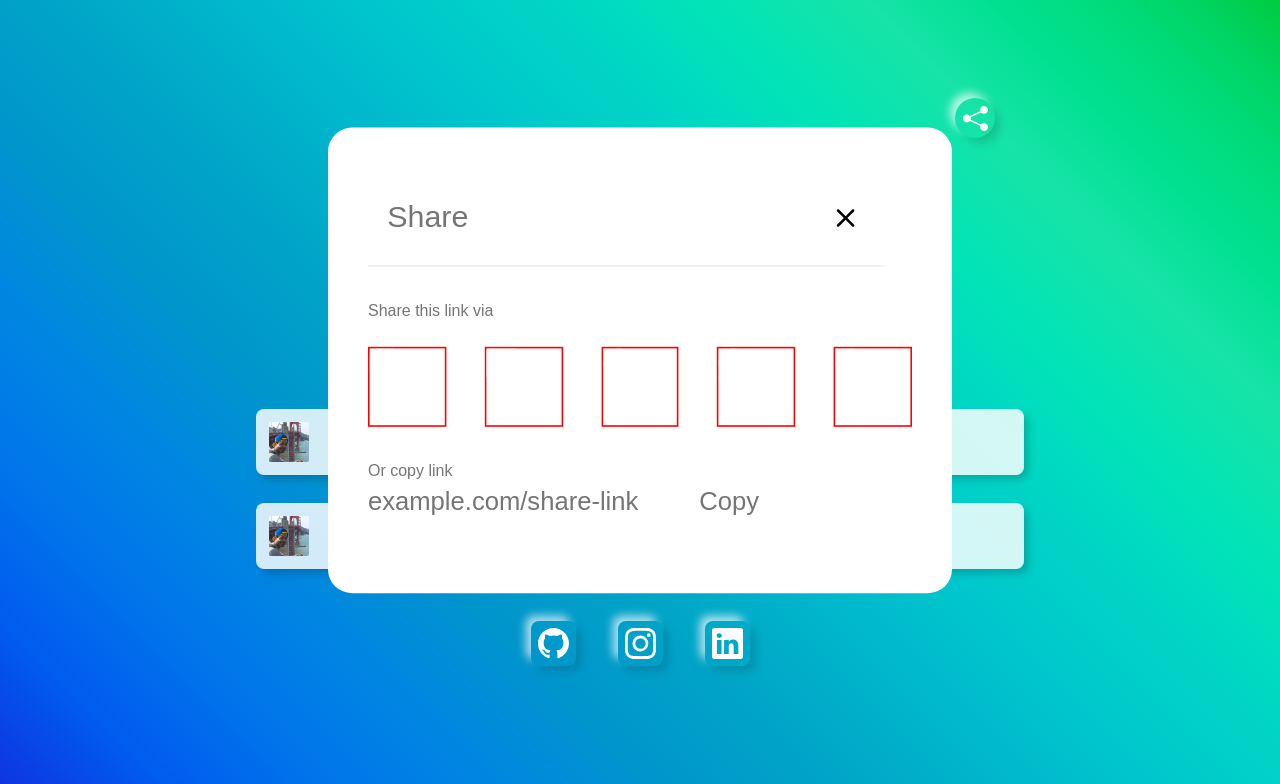
Repository: MateLaDBrouille97/linktree
Page: /
These files come from the project's save history. The page is drawn as it stood at one moment and after the next save; the edit follows.
The browser window is 1280 px wide. The pictures show the whole page.
The project was rebuilt for these pictures with package versions that can differ from the ones it lists, and the page was loaded fresh each time. The framework's server and built-in components were replaced by stand-ins that run in the browser. Also part of the build but not shown: next.config.js, styles/Home.module.css, styles/scrollup.css.

Above is the page before, as saved 2023-01-23 23:42:59.

### app/layout.tsx
"use client";

import '@/styles/globals.css'
import '../styles/Home.module.css';
import '../styles/scrollup.css';
import '../styles/home.css';
import '../styles/socials.css';
import '../styles/share.css';
import ScrollDow from '../components/ScrollDow';
import ScrollUp from '../components/scrollup/ScrollUp'

export default function RootLayout({
    children,
  }: {
    children: React.ReactNode;
  }) {
    return (
      <html lang="en">
        <body>{children}</body>
        {/* <ScrollDow/> */}
        {/* <ScrollUp/> */}
      </html>
    );
  }

### app/page.tsx
"use client";

import Image from "next/image";
import data from "data.json";
import image from "../public/ManuelTL2.jpg";
import image1 from "../public/ManuelTL2.jpg";
import { useEffect, useState } from "react";
import Socials from "../components/Socials";
import Share from "@/components/Share";

function LinkCard({
  href,
  title,
  image,
}: {
  href: string;
  title: string;
  image?: string;
}) {
  return (
    <a
      href={href}
      className="flex items-center p-3 w-full rounded-lg hover:scale-105 transition-all bg-gray-100 mb-3 -mt-2 max-w-3xl home__linkcard-box"
    >
      <div className="flex text-center w-full home__linkcard-card">
        <div className="w-10 h-10 home__linkcard-img">
          {image1 && (
            <Image
              className="rounded-sm"
              alt={data.name}
              src={image1}
              width={40}
              height={40}
            />
          )}
        </div>
        <h2 className="flex justify-center items-center font-semibold w-full text-gray-700 -ml-10 home__linkcard-title">
          {title}
        </h2>
      </div>
    </a>
  );
}

export default function Home() {
  /*==================== Toggle Menu ====================== */
  const [toggle, showMenu] = useState(false);
  const [activeNav, setActiveNav] = useState("#home");

  /* +++++++++++++++++++++++++++++++++++++++++++++++++ */
  // const { dbUser, image } = useUserContext();

  // const breakpoints = (width) => {
  //   if (width < 640) {
  //     return "xs";
  //   } else if (width >= 640 && width < 768) {
  //     return "sm";
  //   } else if (width >= 768 && width < 1024) {
  //     return "md";
  //   } else if (width >= 1024) {
  //     return "lg";
  //   }
  // };

  // const [breakpoint, setBreakpoint] = useState(() =>
  //   breakpoints(typeof window !== "undefined" && window.innerWidth)
  // );

  useEffect(() => {
    if (toggle) {
      // const calcInnerWidth = function () {
      //   setBreakpoint(breakpoints(window.innerWidth));
      // };
      // window.addEventListener("resize", calcInnerWidth);
      window.addEventListener("scroll", function () {
        const header = this.document.querySelector(".header");
        //scroll higher than 200 viewport height
        //add scroll header class to a tag with the scroll-top
        if (this.scrollY >= 80) header?.classList.add("scroll-header");
        else header?.classList.remove("scroll-header");
      });
    }
  }, []);

  useEffect(() => {
    showMenu(true);
  }, []);

  return (
    <div className="flex items-center flex-col mx-auto w-full justify-center mt-16 px-8 ">
      <Share/>
      <a
        href="#home"
        onClick={() => setActiveNav("#home")}
        // className={
        //   activeNav === "#home" ? "nav__logo active-link" : "nav__logo"
        // }
      >
        <Image
          className="rounded-full"
          alt={data.name}
          src={image}
          width={96}
          height={96}
        />
      </a>

      <h1 className="font-semibold mt-4 mb-8 text-xl" style={{color:"white"}}>{data.name}</h1>
      <h3 className="home__description" style={{color:"white"}}>{data.small_description}</h3>

      <div className="grid place-items-center w-full mt-2">
        {data.links.map((link) => (
          <LinkCard key={link.href} {...link} />
        ))}
      </div>

      <div className="gap-3 items-center flex mt-10">
        {data?.socials?.map((social) => {
         return(

          <Socials title={social?.title} key={social?.href} />
          )
        })}
      </div>
    </div>
  );
}

### styles/globals.css
@tailwind base;
@tailwind components;
@tailwind utilities;

body{
  height:100vh;
  background-image: linear-gradient(
  45deg,
  hsl(229deg 88% 47%) 0%,
  hsl(217deg 100% 47%) 8%,
  hsl(210deg 100% 46%) 16%,
  hsl(204deg 100% 44%) 24%,
  hsl(196deg 100% 40%) 32%,
  hsl(190deg 100% 39%) 41%,
  hsl(186deg 100% 40%) 49%,
  hsl(181deg 100% 40%) 57%,
  hsl(175deg 100% 42%) 65%,
  hsl(168deg 99% 45%) 72%,
  hsl(162deg 82% 49%) 80%,
  hsl(159deg 100% 44%) 86%,
  hsl(153deg 100% 43%) 92%,
  hsl(146deg 100% 41%) 97%,
  hsl(138deg 100% 40%) 100%
);
}

@import  url('https://api.iconify.design/material-symbols/arrow-upward.svg');

/*=============== GOOGLE FONTS ===============*/
@import url("https://fonts.googleapis.com/css2?family=Poppins:wght@400;500;600&display=swap");

/*=================== NEXT.JS ================*/

html,
body {
  padding: 0;
  margin: 0;
  font-family: -apple-system, BlinkMacSystemFont, Segoe UI, Roboto, Oxygen,
    Ubuntu, Cantarell, Fira Sans, Droid Sans, Helvetica Neue, sans-serif;
}

h1 {
  font-size: 1.75rem;
}




/*=============== VARIABLES CSS ===============*/
:root {
  --header-height: 3rem;

  /*========== Colors ==========*/
  /*Color mode HSL(hue, saturation, lightness)*/
  --hue: 0;
  --sat: 0%;
  --title-color: hsl(var(--hue), var(--sat), 20%);
  --title-color-dark: hsl(var(--hue), var(--sat), 0%);
  --text-color: hsl(var(--hue), var(--sat), 46%);
  --body-color: hsl(var(--hue), var(--sat), 98%);
  --container-color: #fff;

  /*========== Font and typography ==========*/
  --body-font: "Poppins", sans-serif;

  /*.5rem = 8px | 1rem = 16px ...*/
  --big-font-size: 3.5rem;
  --h1-font-size: 2.75rem;
  --h2-font-size: 1.5rem;
  --h3-font-size: 1.25rem;
  --normal-font-size: 1rem;
  --small-font-size: 0.875rem;
  --smaller-font-size: 0.813rem;
  --tiny-font-size: 0.625rem;

  /*========== Font weight ==========*/
  --font-normal: 400;
  --font-medium: 500;
  --font-semi-bold: 600;

  /*========== Margenes Bottom ==========*/
  /*.5rem = 8px | 1rem = 16px ...*/
  --mb-0-25: 0.25rem;
  --mb-0-5: 0.5rem;
  --mb-0-75: 0.75rem;
  --mb-1: 1rem;
  --mb-1-5: 1.5rem;
  --mb-2: 2rem;
  --mb-2-5: 2.5rem;
  --mb-3: 3rem;

  /*========== z index ==========*/
  --z-tooltip: 10;
  --z-fixed: 100;
  --z-modal: 1000;
}

/* Responsive typography */
@media screen and (max-width: 992px) {
  :root {
    --big-font-size: 2.75rem;
    --h1-font-size: 1.5rem;
    --h2-font-size: 1.25rem;
    --h3-font-size: 1rem;
    --normal-font-size: 0.938rem;
    --small-font-size: 0.813rem;
    --smaller-font-size: 0.75rem;
  }
}

/*=============== BASE ===============*/
* {
  margin: 0;
  padding: 0;
  box-sizing: border-box;
}

html {
  scroll-behavior: smooth;
}

body,
button,
input,
textarea {
  font-family: var(--body-font);
  font-size: var(--normal-font-size);
}

body {
  background-color: var(--body-color);
  color: var(--text-color);
}

h1,
h2,
h3 {
  color: var(--title-color);
  font-weight: var(--font-semi-bold);
}

ul {
  list-style: none;
}

a {
  text-decoration: none;
}

button {
  cursor: pointer;
  border: none;
  outline: none;
}

img {
  max-width: 100%;
  height: auto;
}

/*=============== REUSABLE CSS CLASSES ===============*/
.section {
  padding: 6rem 0 2rem;
}

.section__title {
  font-size: var(--h1-font-size);
  color: var(--title-color);
}

.section__subtitle {
  display: block;
  font-size: var(--normal-font-size);
  margin-bottom: 4rem;
}

.section__title,
.section__subtitle {
  text-align: center;
}

/*=============== LAYOUT ===============*/
.container {
  max-width: 968px;
  margin-left: auto;
  margin-right: auto;
}

.grid {
  display: grid;
  gap: 1.5rem;
}

/*=============== BUTTONS ===============*/
.button {
  display: inline-block;
  background-color:rgb(100, 189, 140);
  color: var(--container-color);
  padding: 1.25rem 2rem;
  border-radius: 1rem;
  font-weight: var(--font-medium);
}

.button:hover {
  background-color: rgb(81, 209, 138);
  color: var(--container-color);
}

.button__icon {
  margin-left: var(--mb-0-5);
}

.button--flex {
  display: inline-flex;
  align-items: center;

}




/*=============== BREAKPOINTS ===============*/
/* For large devices */
@media screen and (max-width: 992px) {
  .container {
    margin-left: var(--mb-1-5);
    margin-right: var(--mb-1-5);
  }

  .button {
    padding: 1rem 1.75rem;
  }

  .button__icon {
    width: 22px;
    height: 22px;
  }
}

/* For medium devices */
@media screen and (max-width: 768px) {
  body {
    margin: 0 0 var(--header-height) 0;
  }

  .section {
    padding: 2rem 0 4rem;
  }

  .section__subtitle {
    margin-bottom: var(--mb-3);
  }
}

@media screen and (max-width: 576px) {

}

/* For small devices */
@media screen and (max-width: 350px) {
  :root {
    --big-font-size: 2.25rem;
  }

  .container {
    margin-left: var(--mb-1);
    margin-right: var(--mb-1);
  }
}

### styles/home.css
.home__container{
    row-gap: 7rem;
}

.home__content{
    grid-template-columns: 116px repeat(2, 1fr);
    padding-top: 5.5rem;
    column-gap: 2rem;
    align-items: center;
}

.home__social{
    display:grid;
    grid-template-columns: max-content;
    row-gap: 1rem;
}

.home__social-icon{
    font-size:1.25rem;
    color: var(--title-color);
}

.home__social-icon:hover{
    color:rgb(165, 30, 75);
}



.home__social-icon:hover{
    color: var(--title-color-dark);
}

.home__title{
    font-size:var(--h1-font-size);
    margin-bottom:var(--mb-0-25);
}

.home__hand{
    width: 38px;
    height: 38px;
    margin-left: 0.4rem;
}

.home__subtitle{
    position: relative;
    font-size:var(--h3-font-size);
    padding-left: 5.4rem;
    font-weight: var(--font-normal);
    margin-bottom: var(--mb-1);
}

.home__subtitle::before{
    content:'';
    position:absolute;
    width: 70px;
    height:1px;
    background-color:var(--text-color);
    left:0;
    top:1rem;
}

.home__description{
    max-width:400px;
    margin-bottom: var(--mb-3);
    line-height: 1.7;
}

.home__linkcard-box{
    background-color: rgba(255, 255, 255, 0.829);
    border-color: whitesmoke;
    border-width: 3px;
    transition: transform 0.5s;
    box-shadow: 5px 5px 9px -1px rgba(0,0,0,0.2);

    border: 1px solid rgba(0,0,0,0);
    transition: transform 0.5s;
}

.home__linkcard-box:hover{
    box-shadow: 10px 10px 0px -1px rgba(0,0,0,0.15),
                1px 1px 0.5px  rgba(0,0,0,0.15),
                0px -12px 10px -10px  rgba(0,0,0,0.05);
     border: 1px solid   rgba(0,0,0,0.1);
    /* transform:translateY(-2px)  ;    */
}

.home__linkcard-box::after{
    transition: transform 0.5s;
}

.home__linkcard-box:hover::after .home__linkcard-title {
    transition: transform 0.7s;
}

.home__linkcard-box:hover::after .home__linkcard-img {
    transition: transform 0.7s;
}

.home__linkcard-box:hover .home__linkcard-title{
    transform:scale(1.05);
    transition: transform 0.5s;
}

.home__linkcard-box:hover .home__linkcard-img{
    transform:scale(1.15);
    transition: transform 0.5s;
}




.home__img{
/* background: url(../../assets/Mur.jpg); */
background-repeat: no-repeat;
background-position: center;
background-size: cover;
box-shadow: inset 0 0 0 9px rgb(255 255 255/30%);
order: 1;
justify-self: center;
width:375px ;
height: 350px;
animation: profile__animate 8s ease-in-out infinite 1s;
}

@keyframes profile__animate {
    0%{
        border-radius: 60% 40% 30% 70%/60% 30% 70% 40%;
    }

    50%{
        border-radius: 30% 60% 70% 40%/50% 60% 30% 60%;
    }

    100%{
        border-radius: 60% 40% 30% 70%/60% 30% 70% 40%;
    }
}

.home__scroll{
    position:fixed;
    left: 2.5rem;
    bottom: 3rem;
    /* opacity:0.8; */
    padding:0.3rem 0.5rem;
    border-radius:0.4rem;
    z-index: var(--z-tooltip);
    transition: .4s;
}


.wheel {
    animation: scroll 2s ease infinite;
}

@keyframes scroll{
    0% {
        transform: translateY(0);
    }
    30% {
        transform: translateY(3.7rem);
    }

}


.home__scroll-name{
    color: rgba(255, 255, 255, 0.829);
    font-weight: var(--font-medium);
    margin-right: var(--mb-0-25);
    margin-left: 2px;
}

.home__scroll-arrow{
    font-size: 1.25rem;
    color: rgba(255, 255, 255, 0.829);
}


/*=============== BREAKPOINTS ===============*/
/* For large devices */
@media screen and (max-width: 992px) {
    .home__content{
        grid-template-columns: 100px repeat(2, 1fr);
        column-gap: 1.25rem;

    }

    .home__hand{
        width:26px;
        height:26px;
    }

    .home__subtitle{
        padding-left: 3.75rem;
        margin-bottom: var(--mb-1);

    }

    .home__subtitle::before {
        width:42px;
        top:0.8rem;
    }

    .home__description{
        max-width: initial;
        margin-bottom: var(--mb-2-5);
    }

    .home__img{
        width:250px;
        height:250px;
        box-shadow:inset 0 0 0 8px rgb(255 255 255/30%)
    }

    .home__scroll{
        margin-left: 7.5rem;
    }



  }

  /* For medium devices */
  @media screen and (max-width: 768px) {
    .home__content{
        grid-template-columns: 0.5fr 3fr;
        padding-top: 3.5rem;
    }

    .home__img{
        order:initial;/* ordre d'apparition de l'element*/
        justify-self: initial;
        box-shadow: inset 0 0 0 9px rgb(255 255 255/30%);
        width:200px;
        height: 200px;
    }

    .home__data{
        grid-column:1/3;
    }

    .home__scroll{
        display:none;
    }


  }



  /* For small devices */
  @media screen and (max-width: 350px) {


    .home__img{

        width:180px ;
        height: 180px;
    }

    .home__hand{
        width:22px;
        height:22px;
    }


  }

### styles/socials.css
/* .social__link{
    color: var(--container-color);
    font-size: 1.125rem;
    padding: 0.4rem;
    border-radius:1.5rem;
    display: inline-flex;
} */
/*
.social__link:hover{
    background-color:rgba(44, 203, 224, 0.986);
} */

.social__link{
    display:flex;
    /* background-color: var(--container-color); */
    color: var(--container-color);
    height: 45px;
    width: 45px;
    margin: 0 15px;
    border-radius: 8px;
    align-items: center;
    justify-content:center;
    text-decoration: none;
    box-shadow: 6px 6px 10px -1px rgba(0,0,0,0.15),
                -6px -6px 10px -1px rgba(255,255,255,0.7);
    border: 1px solid   rgba(0,0,0,0);
    transition: transform 0.5s;
}

a svg {
    font-size: 38px;
    color: white;
    transition: transform 0.5s;
}


.social__link:hover{
    background-color: rgba(255, 255, 255, 0.829);
    box-shadow: inset 4px 4px 6px -1px rgba(0,0,0,0.2),
                inset -4px -4px 6px -1px rgba(255,255,255,0.7),
                -0.5px -0.5px 0px  rgba(255,255,255,1),
                0.5px 0.5px 0px  rgba(0,0,0,0.15),
                0px -12px 10px -10px  rgba(0,0,0,0.05);
    border: 1px solid   rgba(0,0,0,0.1);
    transform:translateY(2px)  ;
}


a:hover svg{
    transform: scale(1.10);
    fill: black;
    transition: transform 0.5s;
}

a:hover .bi-linkedin{
    fill:rgb(18, 83, 203) ;
    transform:scale(1.10);
    transition: transform 0.5s;
}

a:hover .bi-instagram{
    fill:#e64771;
    transform:scale(1.10);
    transition: transform 0.5s;
}


/*=============== BREAKPOINTS ===============*/
/* For large devices */
@media screen and (max-width: 992px) {


    .social__link:hover{

        box-shadow: inset 4px 4px 6px -1px rgba(0,0,0,0.2),
                    inset -4px -4px 6px -1px rgba(255,255,255,0.7),
                    -0.5px -0.5px 0px  rgba(255,255,255,1),
                    0.5px 0.5px 0px  rgba(0,0,0,0.15),
                    0px -12px 10px -10px  rgba(0,0,0,0.05);
        border: 1px solid   rgba(0,0,0,0.1);
        transform:translateY(2px)  ;
    }




  }

  /* For medium devices */
  @media screen and (max-width: 768px) {




  }



  /* For small devices */
  @media screen and (max-width: 350px) {





  }

### styles/share.css
/*          Share   Items  */

.share-link {
  display: flex;
  color: var(--container-color);
  height: 45px;
  width: 45px;
  margin: 0 15px;
  border-radius: 22px;
  align-items: center;
  justify-content: center;
  text-decoration: none;
  box-shadow: 6px 6px 10px -1px rgba(0, 0, 0, 0.15),
    -6px -6px 10px -1px rgba(255, 255, 255, 0.7);
  border: 1px solid rgba(0, 0, 0, 0);
  transition: transform 0.5s;
}

.share-link:hover {
  background-color: rgba(255, 255, 255, 0.829);
  box-shadow: inset 4px 4px 6px -1px rgba(0, 0, 0, 0.2),
    inset -4px -4px 6px -1px rgba(255, 255, 255, 0.7),
    -0.5px -0.5px 0px rgba(255, 255, 255, 1),
    0.5px 0.5px 0px rgba(0, 0, 0, 0.15),
    0px -12px 10px -10px rgba(0, 0, 0, 0.05);
  border: 1px solid rgba(0, 0, 0, 0.1);
  transform: translateY(2px);
}

/* .share-link .bi-share-fill{
    fill: white;
} */

.share-link:hover .bi-share-fill {
  fill: black;
  transform: scale(1.1);
  transition: transform 0.5s;
}

header {
  width: 95%;
  max-width: 788px;
  display: flex;
  justify-content: flex-end;
  padding: 12px;
  margin-top: 5px;
}

.share-button {
  width: 40px;
  height: 40px;
  border-radius: 20px;
  color: var(--container-color);
}


.share {
  width: 95%;
  max-width: 788px;
  display: flex;
  justify-content: flex-end;
  padding: 12px;
  margin-top: 5px;
  z-index: 10;
}

.modal-share {
  position: absolute;
  top: 50%;
  left: 50%;
  transform: translate(-50%, -50%) scale(1.6);
  background: var(--container-color);
  padding: 25px;
  border-radius: 15px;
  max-width: 390px;
  width: 80%;
}

.modal-share :is(header, .icons) {
  display: flex;
  align-items: center;
  justify-content: space-between;
}

.modal-share header {
  padding-bottom: 15px;
  border-bottom: 1px solid #ebedf9;
}

header .close .icons a{
  display: flex;
  align-items: center;
  justify-content: center;
  border-radius: 50%;
}

header .close {
  height: 33px;
  width: 33px;
  background: var(--container-color);
  cursor: pointer;
}

.modal-title {
  font-size: 19px;
  font-weight: 500;
}

.modal-share .content {
  margin: 20px 0;
}

.content p{
  font-size: 10px;
}

.content .icons {
  margin: 15px 0 20px 0;
}

.icons a {
  height: 50px;
  width: 50px;
  border: 1px solid red;
  text-decoration: none;

}

### components/Socials.tsx
function GitHubIcon() {
  return (
    <a href="https://github.com/LuckyMate97" className="social__link">
      <svg xmlns="http://www.w3.org/2000/svg" width="31" height="31" fill="white" className="bi bi-github" viewBox="0 0 16 16"> <path d="M8 0C3.58 0 0 3.58 0 8c0 3.54 2.29 6.53 5.47 7.59.4.07.55-.17.55-.38 0-.19-.01-.82-.01-1.49-2.01.37-2.53-.49-2.69-.94-.09-.23-.48-.94-.82-1.13-.28-.15-.68-.52-.01-.53.63-.01 1.08.58 1.23.82.72 1.21 1.87.87 2.33.66.07-.52.28-.87.51-1.07-1.78-.2-3.64-.89-3.64-3.95 0-.87.31-1.59.82-2.15-.08-.2-.36-1.02.08-2.12 0 0 .67-.21 2.2.82.64-.18 1.32-.27 2-.27.68 0 1.36.09 2 .27 1.53-1.04 2.2-.82 2.2-.82.44 1.1.16 1.92.08 2.12.51.56.82 1.27.82 2.15 0 3.07-1.87 3.75-3.65 3.95.29.25.54.73.54 1.48 0 1.07-.01 1.93-.01 2.2 0 .21.15.46.55.38A8.012 8.012 0 0 0 16 8c0-4.42-3.58-8-8-8z"/> </svg>
    </a>
  );
}

function InstagramIcon() {
  return (
    <a href="https://www.instagram.com/oto.mata33/" className="social__link">
      <svg xmlns="http://www.w3.org/2000/svg" width="31" height="31" fill="white" className="bi bi-instagram" viewBox="0 0 16 16"> <path d="M8 0C5.829 0 5.556.01 4.703.048 3.85.088 3.269.222 2.76.42a3.917 3.917 0 0 0-1.417.923A3.927 3.927 0 0 0 .42 2.76C.222 3.268.087 3.85.048 4.7.01 5.555 0 5.827 0 8.001c0 2.172.01 2.444.048 3.297.04.852.174 1.433.372 1.942.205.526.478.972.923 1.417.444.445.89.719 1.416.923.51.198 1.09.333 1.942.372C5.555 15.99 5.827 16 8 16s2.444-.01 3.298-.048c.851-.04 1.434-.174 1.943-.372a3.916 3.916 0 0 0 1.416-.923c.445-.445.718-.891.923-1.417.197-.509.332-1.09.372-1.942C15.99 10.445 16 10.173 16 8s-.01-2.445-.048-3.299c-.04-.851-.175-1.433-.372-1.941a3.926 3.926 0 0 0-.923-1.417A3.911 3.911 0 0 0 13.24.42c-.51-.198-1.092-.333-1.943-.372C10.443.01 10.172 0 7.998 0h.003zm-.717 1.442h.718c2.136 0 2.389.007 3.232.046.78.035 1.204.166 1.486.275.373.145.64.319.92.599.28.28.453.546.598.92.11.281.24.705.275 1.485.039.843.047 1.096.047 3.231s-.008 2.389-.047 3.232c-.035.78-.166 1.203-.275 1.485a2.47 2.47 0 0 1-.599.919c-.28.28-.546.453-.92.598-.28.11-.704.24-1.485.276-.843.038-1.096.047-3.232.047s-2.39-.009-3.233-.047c-.78-.036-1.203-.166-1.485-.276a2.478 2.478 0 0 1-.92-.598 2.48 2.48 0 0 1-.6-.92c-.109-.281-.24-.705-.275-1.485-.038-.843-.046-1.096-.046-3.233 0-2.136.008-2.388.046-3.231.036-.78.166-1.204.276-1.486.145-.373.319-.64.599-.92.28-.28.546-.453.92-.598.282-.11.705-.24 1.485-.276.738-.034 1.024-.044 2.515-.045v.002zm4.988 1.328a.96.96 0 1 0 0 1.92.96.96 0 0 0 0-1.92zm-4.27 1.122a4.109 4.109 0 1 0 0 8.217 4.109 4.109 0 0 0 0-8.217zm0 1.441a2.667 2.667 0 1 1 0 5.334 2.667 2.667 0 0 1 0-5.334z"/> </svg>
    </a>
  );
}

function LinkedInIcon() {
  return (
    <a href="https://ca.linkedin.com/" className="social__link">
      <svg xmlns="http://www.w3.org/2000/svg" width="31" height="31" fill="white" className="bi bi-linkedin" viewBox="0 0 16 16"> <path d="M0 1.146C0 .513.526 0 1.175 0h13.65C15.474 0 16 .513 16 1.146v13.708c0 .633-.526 1.146-1.175 1.146H1.175C.526 16 0 15.487 0 14.854V1.146zm4.943 12.248V6.169H2.542v7.225h2.401zm-1.2-8.212c.837 0 1.358-.554 1.358-1.248-.015-.709-.52-1.248-1.342-1.248-.822 0-1.359.54-1.359 1.248 0 .694.521 1.248 1.327 1.248h.016zm4.908 8.212V9.359c0-.216.016-.432.08-.586.173-.431.568-.878 1.232-.878.869 0 1.216.662 1.216 1.634v3.865h2.401V9.25c0-2.22-1.184-3.252-2.764-3.252-1.274 0-1.845.7-2.165 1.193v.025h-.016a5.54 5.54 0 0 1 .016-.025V6.169h-2.4c.03.678 0 7.225 0 7.225h2.4z"/> </svg>
    </a>
  );
}

function Socials({ title }:{title?:string;}) {
  if (title == "Instagram") {
    return <InstagramIcon  />;
  }
  if (title == "Github") {
    return <GitHubIcon  />;
  }
  if (title == "LinkedIn") {
    return <LinkedInIcon  />;
  }
}

export default Socials;

Loaded but not shown: data.json (35 lines, source omitted); tailwind.config.js (13 lines, source omitted); components/Share.tsx (116 lines, source omitted)

After the next save:
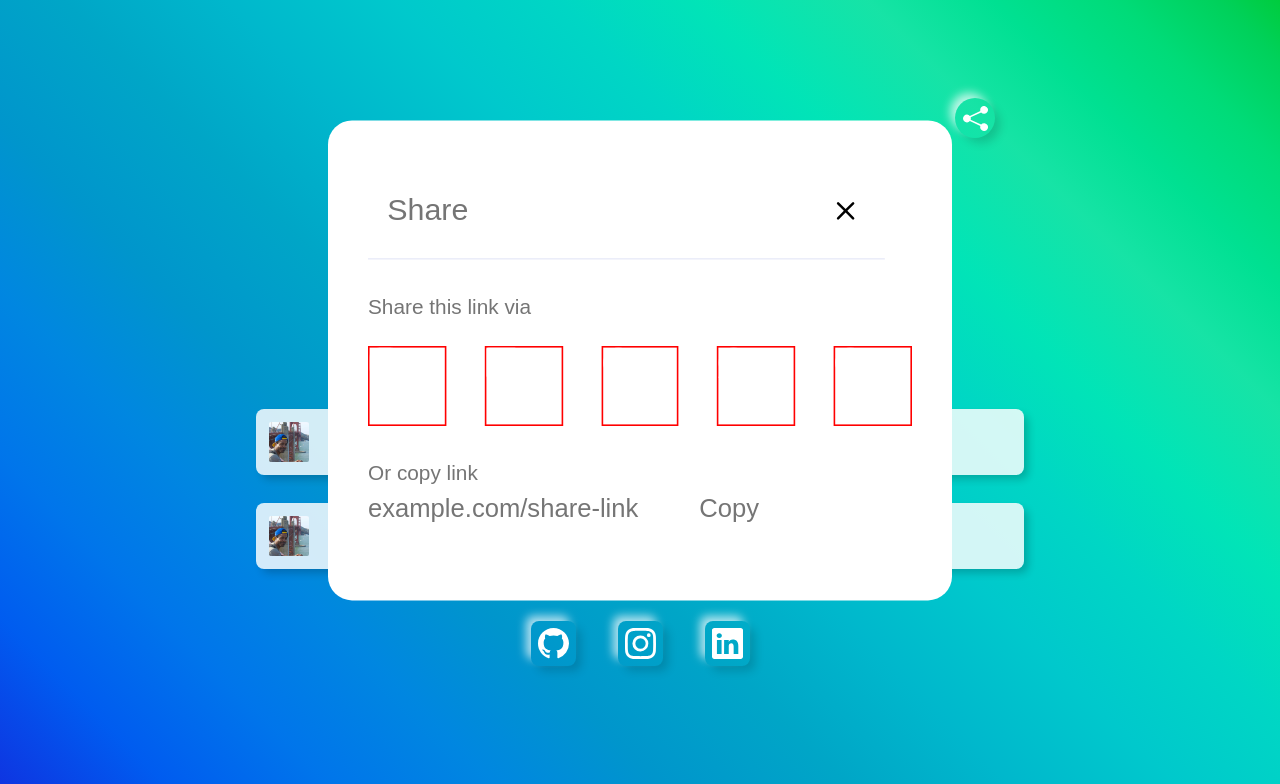
Saved 9 s later.
--- a/styles/share.css
+++ b/styles/share.css
@@ -111,7 +111,7 @@ header .close {
 }
 
 .content p{
-  font-size: 10px;
+  font-size: 13px;
 }
 
 .content .icons {
